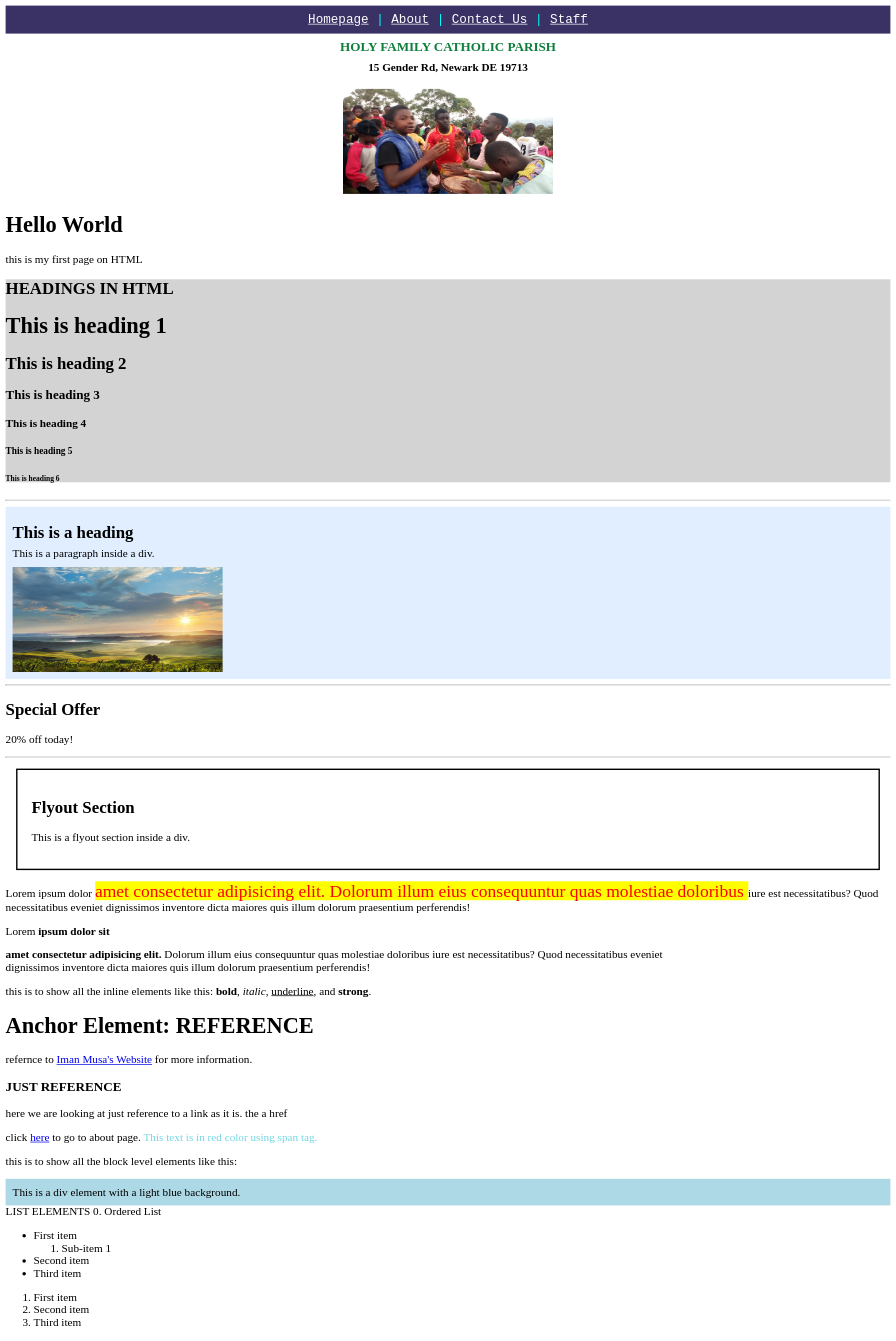
Repository: ficotims/HTML-RESTART
Page: Homepage.html
These files come from the project's save history. The page is drawn as it stood at one moment and after the next save; the edit follows.
The browser window is 1280 px wide. The pictures show the whole page, at 70% of full size.

Above is the page before, as saved 2026-02-10 13:23:52.

After the next save:
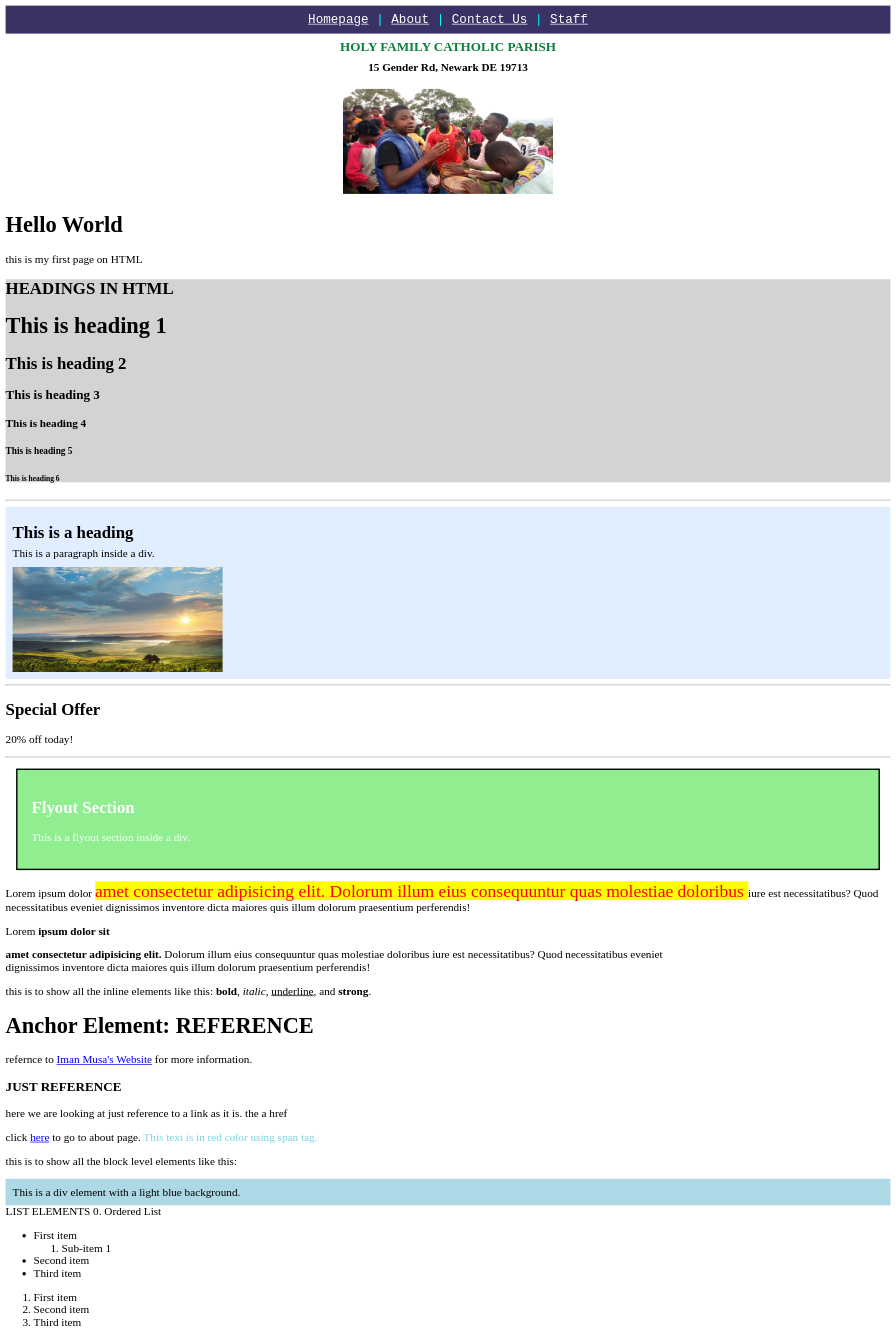
Saved 64 s later.
--- a/Style 1.css
+++ b/Style 1.css
@@ -6,6 +6,8 @@
 
 .flyout {
     border: 2px solid black;
+    background-color: lightgreen;
+    color: white;
     padding: 20px;
     margin: 15px;
 }
